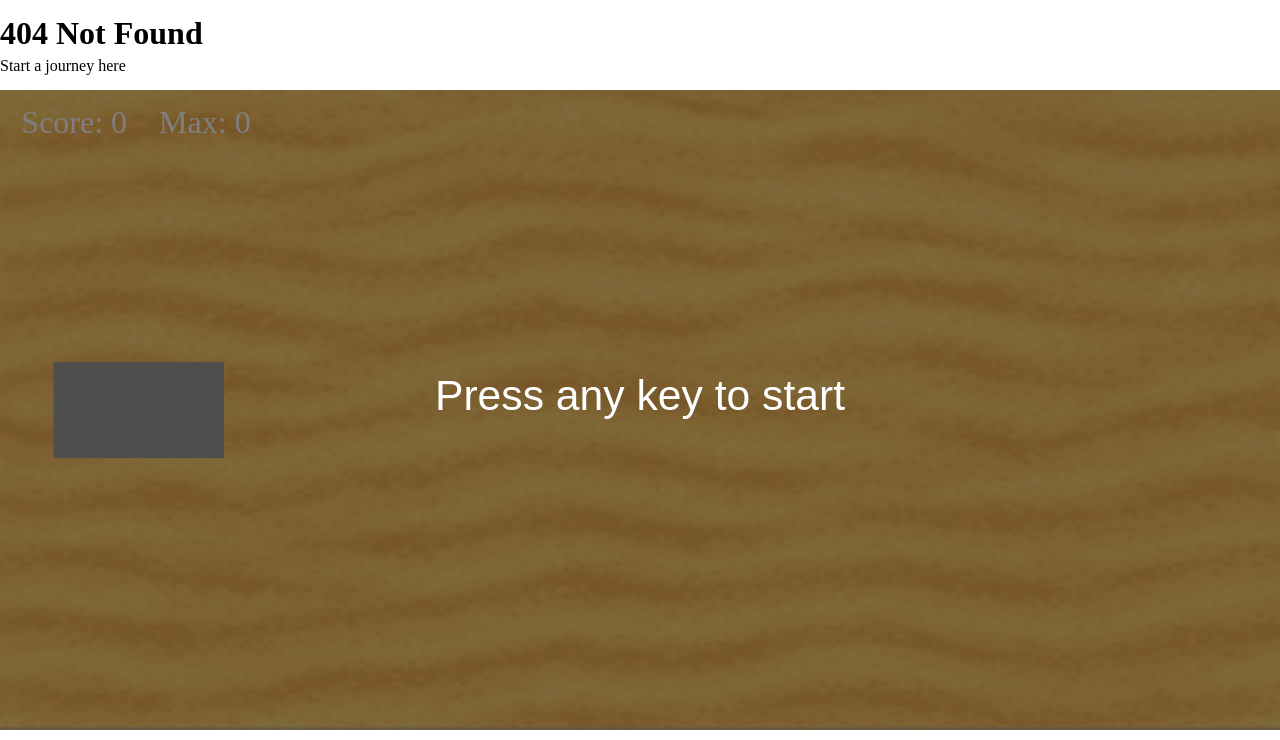
Repository: btgoo/game
Page: car.html
These files come from the project's save history. The page is drawn as it stood at one moment and after a run of saves; the edit follows.
The browser window is 1280 px wide. The pictures show the whole page.

Above is the page before, as saved 2025-10-26 02:30:27.

After the next 3 saves:
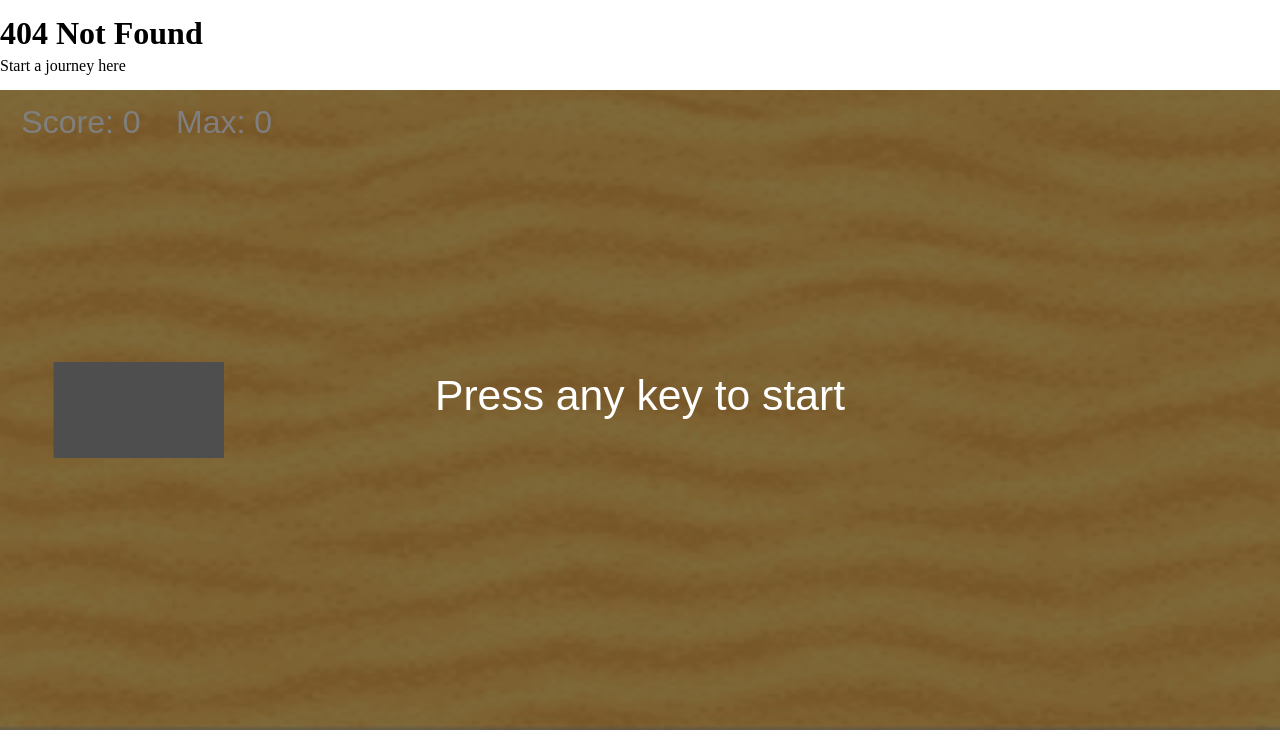
The 3 saves are shown as one change because they came seconds apart.
The last was saved 26 s later.
--- a/carscript.js
+++ b/carscript.js
@@ -127,7 +127,7 @@ function drawScene() {
     ctx.drawImage(backgroundImg, bgX + bgWidth, 0, bgWidth, bgHeight);
 
     ctx.fillStyle = "white";
-    ctx.font = `${30 * scaleRatio}px Jungle Adventure`;
+    ctx.font = `${30 * scaleRatio}px Arial`;
     ctx.textAlign = "left";
     ctx.fillText(`Score: ${score}    Max: ${maxScore}`, 20 * scaleRatio, 40 * scaleRatio);
 
